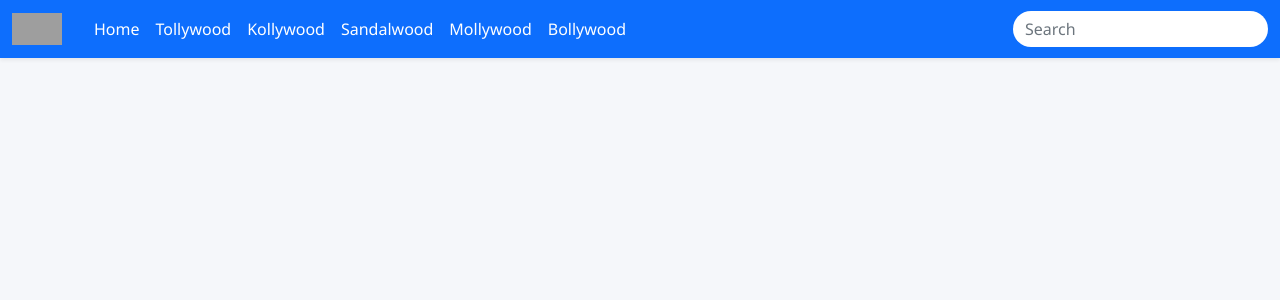
Repository: chandu7777158/Movies_spot
Page: /
These files come from the project's save history. The page is drawn as it stood at one moment and after the next save; the edit follows.
The browser window is 1280 px wide. The pictures show the whole page.
Pictures or frames that could not be fetched are drawn as grey boxes. The project was rebuilt for these pictures with package versions that can differ from the ones it lists, and the page was loaded fresh each time. Also part of the build but not shown: vite.config.js.

Above is the page before, as saved 2026-01-23 09:29:33.

### index.html
<!doctype html>
<html lang="en">
  <head>
    <meta charset="UTF-8" />
    <link rel="icon" type="image/svg+xml" href="/vite.svg" />
    <meta name="viewport" content="width=device-width, initial-scale=1.0" />
    <title>movies_spot</title>
    <link href="https://cdn.jsdelivr.net/npm/bootstrap@5.2.3/dist/css/bootstrap.min.css" rel="stylesheet" integrity="sha384-rbsA2VBKQhggwzxH7pPCaAqO46MgnOM80zW1RWuH61DGLwZJEdK2Kadq2F9CUG65" crossorigin="anonymous">

  </head>
  <body>
    <script src="https://cdn.jsdelivr.net/npm/bootstrap@5.2.3/dist/js/bootstrap.bundle.min.js" integrity="sha384-kenU1KFdBIe4zVF0s0G1M5b4hcpxyD9F7jL+jjXkk+Q2h455rYXK/7HAuoJl+0I4" crossorigin="anonymous"></script>
    <div id="root"></div>
    <script type="module" src="/src/main.jsx"></script>
  </body>
</html>

### src/index.css
body {
	background: #f5f7fa;
	min-height: 100vh;
	color: #222;
	font-family: 'Segoe UI', 'Roboto', 'Arial', sans-serif;
	margin: 0;
}

/* Navbar highlight styles */
.nav-highlight {
	color: #fff !important;
	font-weight: 500;
	position: relative;
	transition: color 0.2s, text-shadow 0.2s;
}
.nav-highlight:hover,
.nav-highlight.active {
	color: #ffe066 !important;
	text-shadow: 0 2px 8px #0d6efd55;
}

/* Rounded search bar */
.rounded-search .form-control {
	border-radius: 30px !important;
}
.rounded-search .input-group-text {
	border-radius: 30px 0 0 30px !important;
}

### src/App.jsx
import React from 'react'
import Navbar from './components/Navbar'

export default function App() {
  return (
    <div>
      <Navbar/>
    </div>
  )
}

### src/components/Navbar.jsx
import React from 'react';

export default function Navbar() {
    return (
        <nav className="navbar navbar-expand-sm navbar-dark bg-primary shadow-sm py-2">
            <div className="container-fluid">
                <a className="navbar-brand d-flex align-items-center" href="#">
                    <img src="https://static.vecteezy.com/system/resources/previews/022/580/623/non_2x/movie-media-letter-logo-design-illustration-free-vector.jpg"
                    alt="Logo" width="50" height="32" className="d-inline-block align-text-top me-2"/>
                </a>
                {/* Search icon for mobile, left of hamburger */}
                <span className="d-lg-none me-2">
                    <i className="bi bi-search text-white fs-4"></i>
                </span>
                <button className="navbar-toggler" type="button" data-bs-toggle="collapse" data-bs-target="#navbarNav" aria-controls="navbarNav" aria-expanded="false" aria-label="Toggle navigation">
                    <span className="navbar-toggler-icon"></span>
                </button>
                <div className="collapse navbar-collapse" id="navbarNav">
                    <ul className="navbar-nav me-auto mb-2 mb-lg-0">
                        {['Home','Tollywood','Kollywood','Sandalwood','Mollywood','Bollywood'].map((item) => (
                            <li className="nav-item" key={item}>
                                <a className="nav-link nav-highlight" href="#">{item}</a>
                            </li>
                        ))}
                    </ul>
                    {/* Search bar for desktop/tablet */}
                    <form className="d-none d-lg-flex" role="search" style={{alignItems:'center'}}>
                        <div className="input-group rounded-search">
                            <input className="form-control border-0 bg-white text-dark" type="search" placeholder="Search" aria-label="Search" style={{borderRadius:'30px'}} />
                        </div>
                    </form>
                </div>
            </div>
        </nav>
    );
}

Loaded but not shown: src/main.jsx (common file)

After the next save:
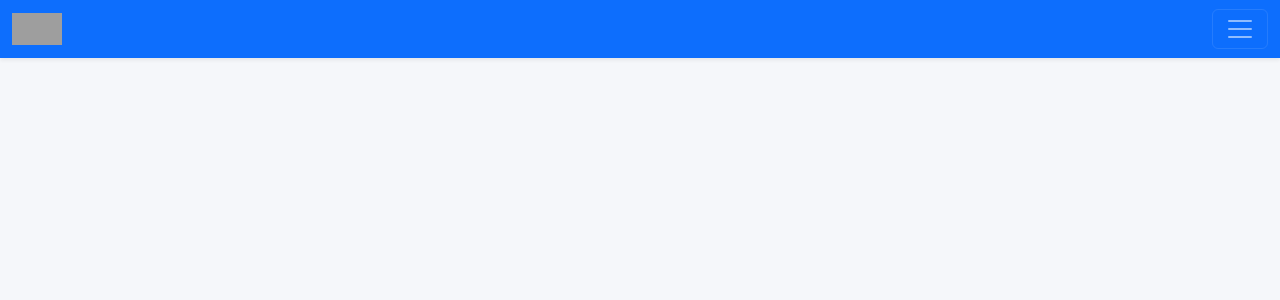
Saved 12 min 41 s later.
--- a/src/components/Navbar.jsx
+++ b/src/components/Navbar.jsx
@@ -2,7 +2,7 @@
 
 export default function Navbar() {
     return (
-        <nav className="navbar navbar-expand-sm navbar-dark bg-primary shadow-sm py-2">
+        <nav className="navbar  navbar-dark bg-primary shadow-sm py-2">
             <div className="container-fluid">
                 <a className="navbar-brand d-flex align-items-center" href="#">
                     <img src="https://static.vecteezy.com/system/resources/previews/022/580/623/non_2x/movie-media-letter-logo-design-illustration-free-vector.jpg"

After the save that followed:
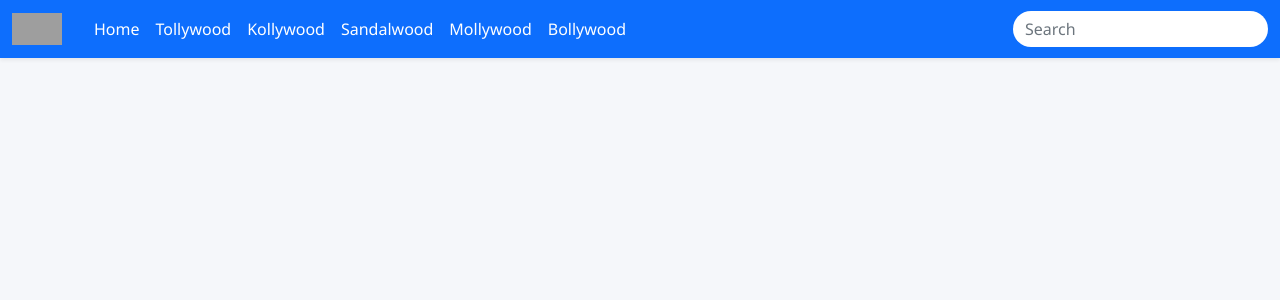
Saved 24 s later.
--- a/src/components/Navbar.jsx
+++ b/src/components/Navbar.jsx
@@ -2,7 +2,7 @@
 
 export default function Navbar() {
     return (
-        <nav className="navbar  navbar-dark bg-primary shadow-sm py-2">
+        <nav className="navbar navbar-expand-sm navbar-dark bg-primary shadow-sm py-2">
             <div className="container-fluid">
                 <a className="navbar-brand d-flex align-items-center" href="#">
                     <img src="https://static.vecteezy.com/system/resources/previews/022/580/623/non_2x/movie-media-letter-logo-design-illustration-free-vector.jpg"
